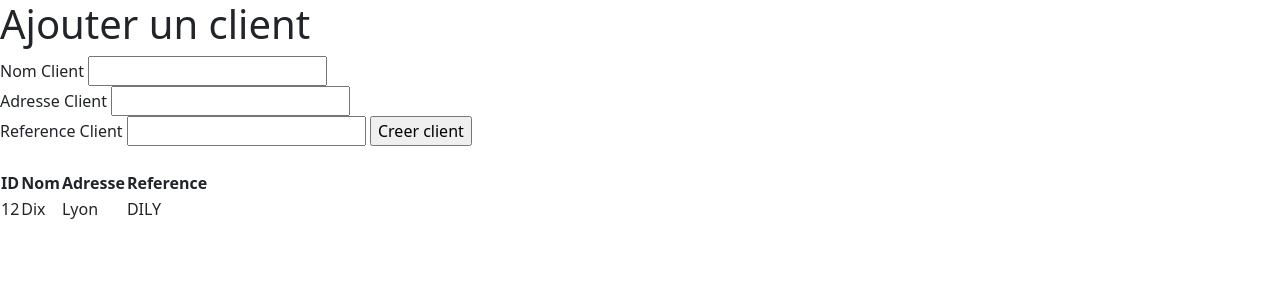
Repository: Elie-Dey/airblio
Page: test.html
An editor plug-in stored every save of this project. The page is shown before and after the next save, followed by the edit.
The browser window is 1280 px wide. The pictures show the whole page.

Above is the page before, as saved 2022-03-28 12:23:01.

After the next save:
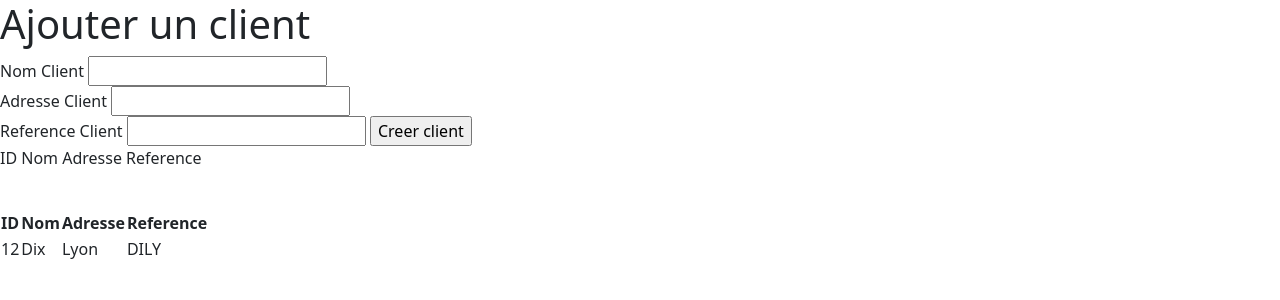
Saved 75 s later.
--- a/test.html
+++ b/test.html
@@ -28,6 +28,7 @@
 
     <div >
   <table>
+    <p> ID  Nom   Adresse Reference </p>
   <tr>
     <th>ID</th>
     <th>Nom</th>
